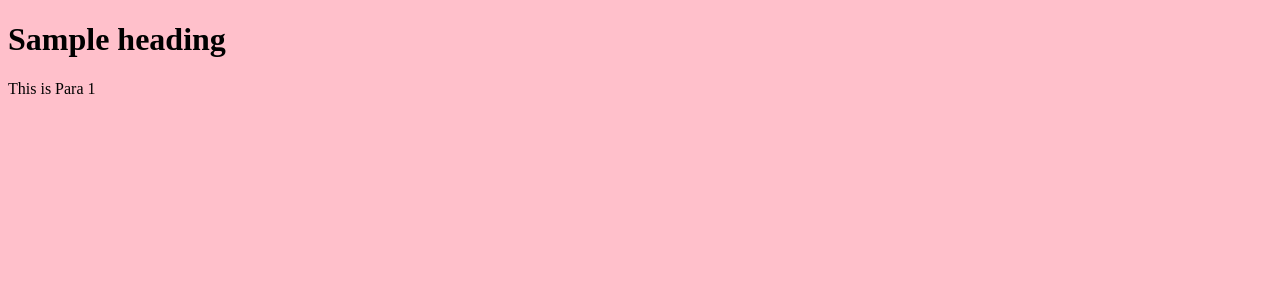
Repository: jbn-aman/wiprobatch1
Page: project/work/html/mywebapp/public/pages/cssdemo/backgrounddemo.html
The author's editor kept a copy of each file at every save. The page is drawn from the files as they stood at one save, then again after the next save.
The browser window is 1280 px wide. The pictures show the whole page.

Above is the page before, as saved 2024-04-01 13:00:20.

### project/work/html/mywebapp/public/pages/cssdemo/backgrounddemo.html
<!DOCTYPE html>
<html>
<head>
<meta charset="ISO-8859-1">
<title>Background demo</title>

<style>
body {
      background-color:pink;
	}
</style>

</head>
<body>

	<h1>Sample heading</h1>

	<p>This is Para 1</p>

</body>
</html>

After the next save:
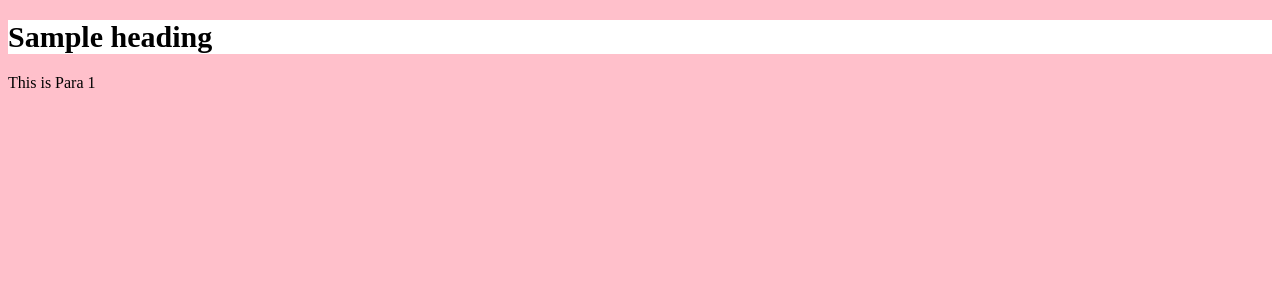
Saved 49 s later.
--- a/project/work/html/mywebapp/public/pages/cssdemo/backgrounddemo.html
+++ b/project/work/html/mywebapp/public/pages/cssdemo/backgrounddemo.html
@@ -8,6 +8,10 @@
 body {
       background-color:pink;
 	}
+
+h1 {
+	background-color:white; font-size:30px;
+}
 </style>
 
 </head>
